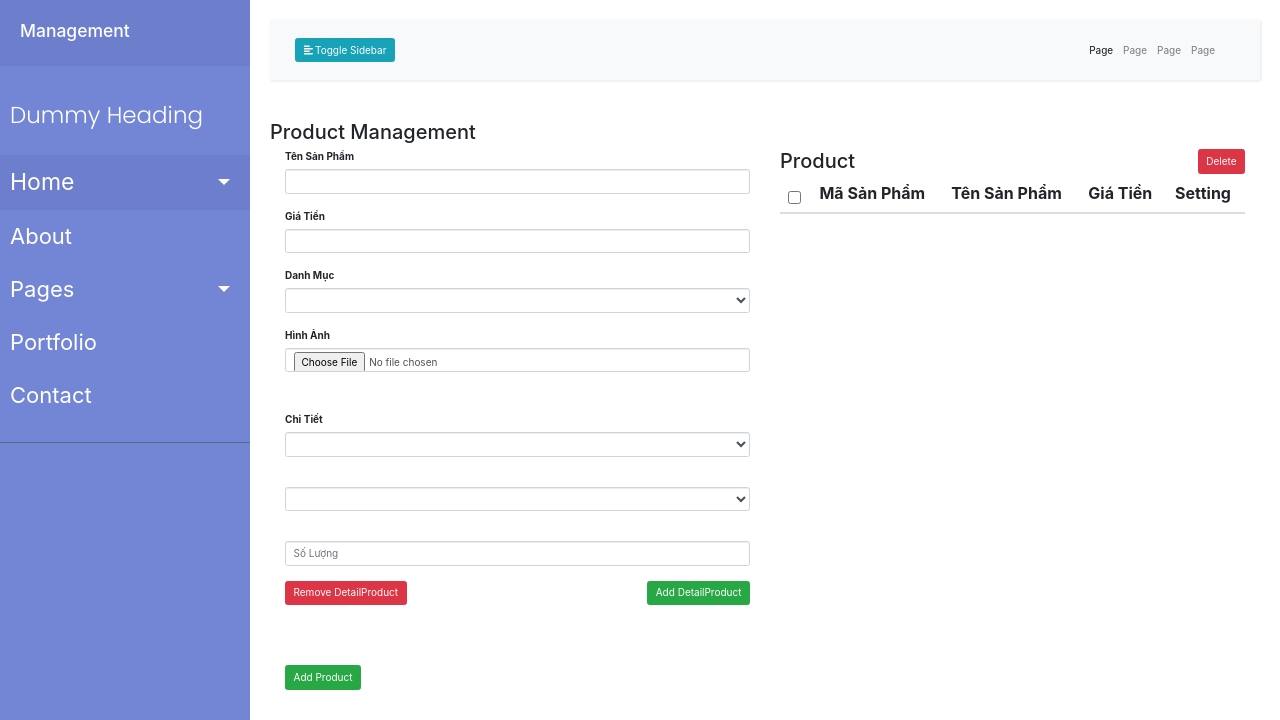
Repository: tiendungnguyen738/shoponline
Page: http://localhost/shoponline/WEB-INF/views/Product_Admin.jsp
These files come from the project's save history. The page is drawn as it stood at one moment and after the next save; the edit follows.
The browser window is 1280 px wide. The pictures show the whole page.
Some web libraries are served in a nearby version. The page is served by Tomcat 9. Nobody is signed in. Other server files are loaded and not shown. The template is opened directly, without the code that normally fills it, so the values that code supplies are empty.

Above is the page before, as saved 2019-09-24 13:58:49.

### shoponline/src/main/webapp/WEB-INF/views/Product_Admin.jsp
<%@ taglib prefix="c" uri="http://java.sun.com/jsp/jstl/core"%>
<%@ page contentType="text/html;charset=UTF-8" language="java"%>

<html>
<head>
	<title>Product-Manage</title>
	<meta charset="utf-8">
	<link rel="stylesheet"
		href="https://maxcdn.bootstrapcdn.com/bootstrap/3.4.0/css/bootstrap.min.css">
	<link rel="stylesheet"
		href="<c:url value='/resources/admin/product-admin.css'/>" />
 	<link rel="stylesheet"
		href="<c:url value='/resources/admin/style.css'/>" />

	<meta name="viewport" content="width=device-width, initial-scale=1.0">
	<meta http-equiv="X-UA-Compatible" content="IE=edge">

	<link rel="stylesheet"
		href="https://stackpath.bootstrapcdn.com/bootstrap/4.1.0/css/bootstrap.min.css"
		integrity="sha384-9gVQ4dYFwwWSjIDZnLEWnxCjeSWFphJiwGPXr1jddIhOegiu1FwO5qRGvFXOdJZ4"
		crossorigin="anonymous">
	<script defer
		src="https://use.fontawesome.com/releases/v5.0.13/js/solid.js"
		integrity="sha384-tzzSw1/Vo+0N5UhStP3bvwWPq+uvzCMfrN1fEFe+xBmv1C/AtVX5K0uZtmcHitFZ"
		crossorigin="anonymous"></script>
	<script defer
		src="https://use.fontawesome.com/releases/v5.0.13/js/fontawesome.js"
		integrity="sha384-6OIrr52G08NpOFSZdxxz1xdNSndlD4vdcf/q2myIUVO0VsqaGHJsB0RaBE01VTOY"
		crossorigin="anonymous"></script>

</head>
<body>
	<div class="wrapper">
		<nav id="sidebar">
			<div class="sidebar-header">
				<h3>Management</h3>
			</div>

			<ul class="list-unstyled components">
				<p>Dummy Heading</p>
				<li class="active"><a href="#homeSubmenu"
					data-toggle="collapse" aria-expanded="false"
					class="dropdown-toggle">Home</a>
					<ul class="collapse list-unstyled" id="homeSubmenu">
						<li><a href="#">Home 1</a></li>
						<li><a href="#">Home 2</a></li>
						<li><a href="#">Home 3</a></li>
					</ul></li>
				<li><a href="#">About</a></li>
				<li><a href="#pageSubmenu" data-toggle="collapse"
					aria-expanded="false" class="dropdown-toggle">Pages</a>
					<ul class="collapse list-unstyled" id="pageSubmenu">
						<li><a href="#">Page 1</a></li>
						<li><a href="#">Page 2</a></li>
						<li><a href="#">Page 3</a></li>
					</ul></li>
				<li><a href="#">Portfolio</a></li>
				<li><a href="#">Contact</a></li>
			</ul>

		</nav>
		<div id="content">

			<nav class="navbar navbar-expand-lg navbar-light bg-light">
				<div class="container-fluid">

					<button type="button" id="sidebarCollapse" class="btn btn-info">
						<i class="fas fa-align-left"></i> <span>Toggle Sidebar</span>
					</button>
					<button class="btn btn-dark d-inline-block d-lg-none ml-auto"
						type="button" data-toggle="collapse"
						data-target="#navbarSupportedContent"
						aria-controls="navbarSupportedContent" aria-expanded="false"
						aria-label="Toggle navigation">
						<i class="fas fa-align-justify"></i>
					</button>

					<div class="collapse navbar-collapse" id="navbarSupportedContent">
						<ul class="nav navbar-nav ml-auto">
							<li class="nav-item active"><a class="nav-link" href="#">Page</a>
							</li>
							<li class="nav-item"><a class="nav-link" href="#">Page</a></li>
							<li class="nav-item"><a class="nav-link" href="#">Page</a></li>
							<li class="nav-item"><a class="nav-link" href="#">Page</a></li>
						</ul>
					</div>
				</div>
			</nav>

			<h2>Product Management</h2>
			<div class="col-md-6 col-sm-12 form-group">
				<form id="form-sanpham">
					<label>Tên Sản Phẩm</label> <input type="text" class="form-control"
						id="tenSanPham" name="tenSanPham"></br> <label>Giá Tiền</label>
					<input type="text" class="form-control" id="giaTien" name="giaTien"></br>

					<label for="danhmucsanpham">Danh Mục</label><br> <select
						id="danhmucsanpham" name="danhmucsanpham" class="form-control">
						<c:forEach items="${categoryList}" var="categoryList">
							<option value="${categoryList.category_id}">${categoryList.category_name}</option>
						</c:forEach>
					</select><br /> <label>Hình Ảnh</label> <input type="file"
						class="form-control" id="uploadhinhanh" name="uploadhinhanh"></br>
					<br />
				</form>
				<div id="containerChitietsanpham">

					<div class="chitietsanpham">
						<label>Chi Tiết</label></br> <select name="size" class="form-control">
							<c:forEach items="${sizeList}" var="sizeList">
								<option value="${sizeList.id}">${sizeList.sizeName}</option>
							</c:forEach>
						</select></br>
						</br> <select name="mau" class="form-control">
							<c:forEach items="${colorList}" var="colorList">
								<option value="${colorList.id}">${colorList.colorName}</option>
							</c:forEach>
						</select></br>
						</br> <input type="number" name="soluong" class="form-control"
							placeholder="Số Lượng" /></br>
						<button type="button" class="btn btn-danger btn-remove"
							style="display: inline;">Remove DetailProduct</button>
						<button type="button" class="btn btn-success btn-detail"
							style="float: right; display: inline;">Add DetailProduct</button>
						</br>
					</div>
					</br>
					</br>
				</div>

				<div class="chitietsanpham" id="idChiTietSanPham">
					<label>Chi Tiết</label></br> <select name="size" class="form-control"
						id="size1">
						<c:forEach items="${sizeList}" var="sizeList">
							<option value="${sizeList.id}">${sizeList.sizeName}</option>
						</c:forEach>
					</select></br>
					</br> <select name="mau" class="form-control" id="mau1">
						<c:forEach items="${colorList}" var="colorList">
							<option value="${colorList.id}">${colorList.colorName}</option>
						</c:forEach>
					</select></br>
					</br> <input type="number" name="soluong" id="soLuong1"
						class="form-control" placeholder="Số Lượng" /></br>
					<button type="button" class="btn btn-danger btn-remove"
						style="display: inline;">Remove DetailProduct</button>
					<button type="button" class="btn btn-success btn-detail"
						style="float: right; display: inline;">Add DetailProduct</button>
					</br>
					<br />
					<button type="button" class="btn btn-dark" id="cancel">Cancel</button>
					<button type="button" class="btn btn-primary capNhatSanPham"
						id="capNhatSanPham">Update Product</button>
				</div>
				</br>
				</br>
				<button id="btn-themSanPham" type="button" class="btn btn-success">Add
					Product</button>

			</div>
			<div class="col-md-6 col-sm-12">
				<div>
					<h2 style="display: inline;">Product</h2>
					<button type="button" class="btn btn-danger" id="button-delete"
						style="float: right; display: inline;">Delete</button>
				</div>
				<table class="table table-hover" id="table-product">
					<thead>
						<tr>
							<th><input type="checkbox" class="AllCheckBox" id="allBox"></th>
							<th>Mã Sản Phẩm</th>
							<th>Tên Sản Phẩm</th>
							<th>Giá Tiền</th>
							<th>Setting</th>
						</tr>
					</thead>
					<tbody>
						<c:forEach items="${productList1}" var="pro">
							<tr>
								<td><input type="checkbox" value="${pro.id}" name="sport" /></td>
								<td>${pro.id}</td>
								<td>${pro.productName}</td>
								<td>${pro.price}</td>
								<td><button type="button" class="btn btn-warning"
										value="${pro.id}" id="editProduct">Edit</button></td>
							</tr>
						</c:forEach>
					</tbody>
				</table>
				<ul
					style="display: inline; list-style-type: none; margin-left: -6%;">
					<c:forEach begin="1" end="${tongSoTrang}" var="trangThu">
						<li style="display: inline; margin-right: 0.2%;"><a
							href="/shoponline/admin-product/${trangThu}"
							style="padding: 7px 10px; border-radius: 5px; border: 1px blue solid;"><c:out
									value="${trangThu}" /></a></li>
					</c:forEach>
				</ul>
			</div>


		</div>
	</div>

	<script src="https://code.jquery.com/jquery-3.3.1.slim.min.js"
		integrity="sha384-q8i/X+965DzO0rT7abK41JStQIAqVgRVzpbzo5smXKp4YfRvH+8abtTE1Pi6jizo"
		crossorigin="anonymous"></script>
	<!-- Popper.JS -->
	<script
		src="https://cdnjs.cloudflare.com/ajax/libs/popper.js/1.14.0/umd/popper.min.js"
		integrity="sha384-cs/chFZiN24E4KMATLdqdvsezGxaGsi4hLGOzlXwp5UZB1LY//20VyM2taTB4QvJ"
		crossorigin="anonymous"></script>
	<!-- Bootstrap JS -->
	<script
		src="https://stackpath.bootstrapcdn.com/bootstrap/4.1.0/js/bootstrap.min.js"
		integrity="sha384-uefMccjFJAIv6A+rW+L4AHf99KvxDjWSu1z9VI8SKNVmz4sk7buKt/6v9KI65qnm"
		crossorigin="anonymous"></script>

	<script type="text/javascript">
		$(document).ready(function() {
			$('#sidebarCollapse').on('click', function() {
				$('#sidebar').toggleClass('active');
			});
		});
	</script>
</body>

	<script src="http://code.jquery.com/jquery-1.9.1.js"></script>
	<script src="http://malsup.github.com/jquery.form.js"></script>
	<script type="text/javascript" src="<c:url value='/resources/js/productManage.js'/>"></script>

</html>

### shoponline/src/main/webapp/resources/admin/product-admin.css
#idChiTietSanPham{
	 display:none;
}

### shoponline/src/main/webapp/resources/admin/style.css
/*
    DEMO STYLE
*/

@import "https://fonts.googleapis.com/css?family=Poppins:300,400,500,600,700";
body {
    font-family: 'Poppins', sans-serif;
    background: #fafafa;
}

p {
    font-family: 'Poppins', sans-serif;
    font-size: 2.3em;
    font-weight: 300;
    line-height: 1.7em;
    color: #999;
}

a,
a:hover,
a:focus {
    color: inherit;
    text-decoration: none;
    transition: all 0.3s;
}

.navbar {
    padding: 15px 10px;
    background: #fff;
    border: none;
    border-radius: 0;
    margin-bottom: 40px;
    box-shadow: 1px 1px 3px rgba(0, 0, 0, 0.1);
}

.navbar-btn {
    box-shadow: none;
    outline: none !important;
    border: none;
}

.line {
    width: 100%;
    height: 1px;
    border-bottom: 1px dashed #ddd;
    margin: 40px 0;
}

/* ---------------------------------------------------
    SIDEBAR STYLE
----------------------------------------------------- */

.wrapper {
    display: flex;
    width: 100%;
    align-items: stretch;
}

#sidebar {
    min-width: 250px;
    max-width: 250px;
    background: #7386D5;
    color: #fff;
    transition: all 0.3s;
}

#sidebar.active {
    margin-left: -250px;
}

#sidebar .sidebar-header {
    padding: 20px;
    background: #6d7fcc;
}

#sidebar ul.components {
    padding: 20px 0;
    border-bottom: 1px solid #47748b;
}

#sidebar ul p {
    color: #fff;
    padding: 10px;
}

#sidebar ul li a {
    padding: 10px;
    font-size: 2.2em;
    display: block;
    color: white;
}

#sidebar ul li a:hover {
    color: #7386D5;
    background: #fff;
    text-decoration: none;
}

#sidebar ul li.active>a,
a[aria-expanded="true"] {
    color: #fff;
    background: #6d7fcc;
     font-size: 2.3em;
}

a[data-toggle="collapse"] {
    position: relative;
}

.dropdown-toggle::after {
    display: block;
    position: absolute;
    top: 50%;
    right: 20px;
    transform: translateY(-50%);
}

ul ul a {
    font-size: 0.9em !important;
    padding-left: 30px !important;
    background: #6d7fcc;
}

ul.CTAs {
    padding: 20px;
}

ul.CTAs a {
    text-align: center;
    font-size: 0.9em !important;
    display: block;
    border-radius: 5px;
    margin-bottom: 5px;
}

a.download {
    background: #fff;
    color: #7386D5;
}

a.article,
a.article:hover {
    background: #6d7fcc !important;
    color: #fff !important;
}

/* ---------------------------------------------------
    CONTENT STYLE
----------------------------------------------------- */

#content {
    width: 100%;
    padding: 20px;
    min-height: 100vh;
    transition: all 0.3s;
}

/* ---------------------------------------------------
    MEDIAQUERIES
----------------------------------------------------- */

@media (max-width: 768px) {
    #sidebar {
        margin-left: -250px;
    }
    #sidebar.active {
        margin-left: 0;
    }
    #sidebarCollapse span {
        display: none;
    }
}

### shoponline/src/main/webapp/resources/js/productManage.js
$(document).ready(function(){
	var idProduct = 0;
    var files= [];
	var nameImage = "";
	$("#uploadhinhanh").change(function(event){
		 files = event.target.files;
	       nameImage = files[0].name;
	       var forms = new FormData();
	       forms.append("file",files[0]);
	       $.ajax({
	           url:"/shoponline/api-product-manage/upload-image",
	           type:"POST",
	           data:forms,
	           processData: false,
	           contentType: false,
	           enctype:"multipart/form-data",
	           success:function(value){
	               alert("upload thanh cong");
	           }
	       })
	})

	$("body").on("click",".btn-detail",function(){
		var This = $("#idChiTietSanPham").clone();
		This.removeAttr("id");
		This.appendTo($("#containerChitietsanpham"));
	})

	$("body").delegate(".btn-remove","click",function(){
		this.closest(".chitietsanpham").remove();
	})

	$("body").on("click","#btn-themSanPham",function(){
		var productForm = {};
		var productDetail =[];

		var form  = $("#form-sanpham").serializeArray();
		$.each(form, function(i, field){
		   productForm[field.name] = field.value;
		  });

		$("#containerChitietsanpham > .chitietsanpham").each(function(){
			objectChiTiet = {};
            mauSanPham = $(this).find('select[name="mau"]').val();
            sizeSanPham = $(this).find('select[name="size"]').val();
            soLuong = $(this).find('input[name="soluong"]').val();

            objectChiTiet["mauSanPham"] = mauSanPham;
            objectChiTiet["sizeSanPham"] = sizeSanPham;
            objectChiTiet["soLuong"] = soLuong;

            productDetail.push(objectChiTiet);
		});

		productForm["productDetail"] = productDetail;
		productForm["nameImage"] = nameImage;
		var formInfor = JSON.stringify(productForm);
		console.log(formInfor);
		$.ajax({
			 url:"/shoponline/api-product-manage/add-product",
			 type:"POST",
			 data:{
				 formInfor:formInfor
			 },
			 success:function(value){
				 alert("add success");
			 }

		})
	})

	$("body").on("click","#editProduct",function(){
        $("#btn-themSanPham").addClass("hide");
        $("#uploadhinhanh").prop('readonly', true);
		idProduct = $(this).closest("tr").find("input[name='sport']").val();
		$.ajax({
			url:"/shoponline/api-product-manage/edit-product",
			type:"POST",
			data:{
				idProduct:idProduct
			},
			success:function(value){
				   $("#tenSanPham").val(value.productName);
	               $("#giaTien").val(value.price);
	               $("#danhmucsanpham").val(value.category.category_id);

	               $("#containerChitietsanpham").html("");

	               for( i in value.productsDetail){
	                   var chitietsanpham = $("#idChiTietSanPham").clone().removeAttr("id");
	                   chitietsanpham.find("#mau1").val(value.productsDetail[i].color.id);
	                   chitietsanpham.find("#size1").val(value.productsDetail[i].size.id);
	                   chitietsanpham.find("#soLuong1").val(value.productsDetail[i].soLuong);
	                   $("#containerChitietsanpham").append(chitietsanpham);
	               }
	               $("#cancel").removeClass("hide");
	               $("#capNhatSanPham").removeClass("hide");
			}
		})
	})

	$("body").on("click","#cancel",function(){
       $("#btn-themSanPham").removeClass("hide");
       $(this).addClass("hide");
       $("#capNhatSanPham").addClass("hide");
   })

	$("#allBox").change(function(){
       if(this.checked){
           $("#table-product input").each(function () {
                $(this).prop("checked",true);
           })
       }else {
           $("#table-product input").each(function () {
               $(this).prop("checked",false);
           })
       }
   })

   $("#button-delete").click(function(){
	   var idProduct;
	   $("#table-product input[name='sport']:checked").each(function () {
		   idProduct = $(this).val();
		   var This = $(this);
		   $.ajax({
			   url:"/shoponline/api-product-manage/delete-product",
			   type:"POST",
			   data:{
				   idProduct:idProduct
			   },
			   success:function(value){
				   alert("delete success !!!");
				   This.closest("tr").remove();
			   }
		   })
      })
   })

	$("body").on("click","#capNhatSanPham",function(){
		var formData = $("#form-sanpham").serializeArray();
        json = {};
        arrayChiTiet = [];
        $("#containerChitietsanpham > .chitietsanpham").each(function(){
            objectChiTiet = {};
            mauSanPham = $(this).find('select[name="mau"]').val();
            sizeSanPham = $(this).find('select[name="size"]').val();
            soLuong = $(this).find('input[name="soluong"]').val();

            objectChiTiet["mauSanPham"] = mauSanPham;
            objectChiTiet["sizeSanPham"] = sizeSanPham;
            objectChiTiet["soLuong"] = soLuong;

            arrayChiTiet.push(objectChiTiet);
        })

        $.each(formData,function(i,field){
            json[field.name] = field.value;
        })
        json["chiTietSanPham"] = arrayChiTiet;
        json["idProduct"] = idProduct;
        $.ajax({
            url:"/shoponline/api-product-manage/capNhapSanPham",
            type:"POST",
            data:{
                dataJson:JSON.stringify(json)
            },
            success:function(value){
                alert("update product success");
            }
        })
	})


})

After the next save:
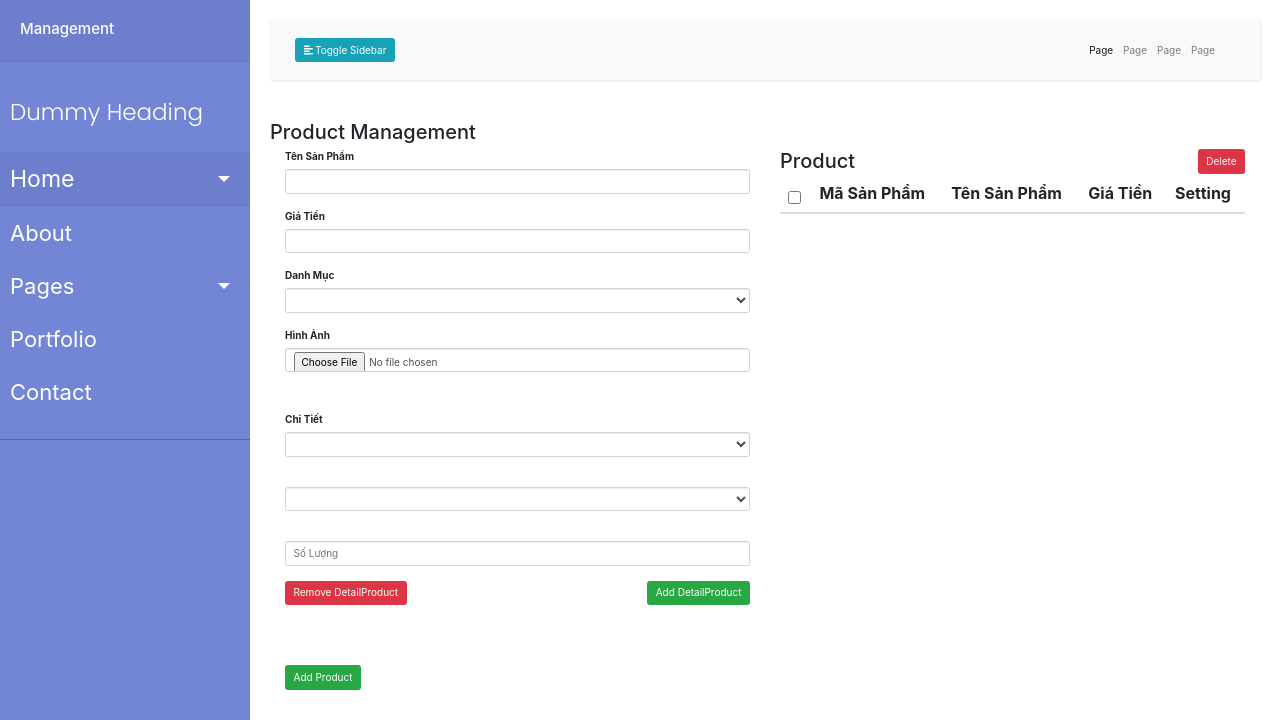
Saved 49 s later.
--- a/shoponline/src/main/webapp/WEB-INF/views/Product_Admin.jsp
+++ b/shoponline/src/main/webapp/WEB-INF/views/Product_Admin.jsp
@@ -33,7 +33,7 @@
 	<div class="wrapper">
 		<nav id="sidebar">
 			<div class="sidebar-header">
-				<h3>Management</h3>
+				<h4>Management</h4>
 			</div>
 
 			<ul class="list-unstyled components">
